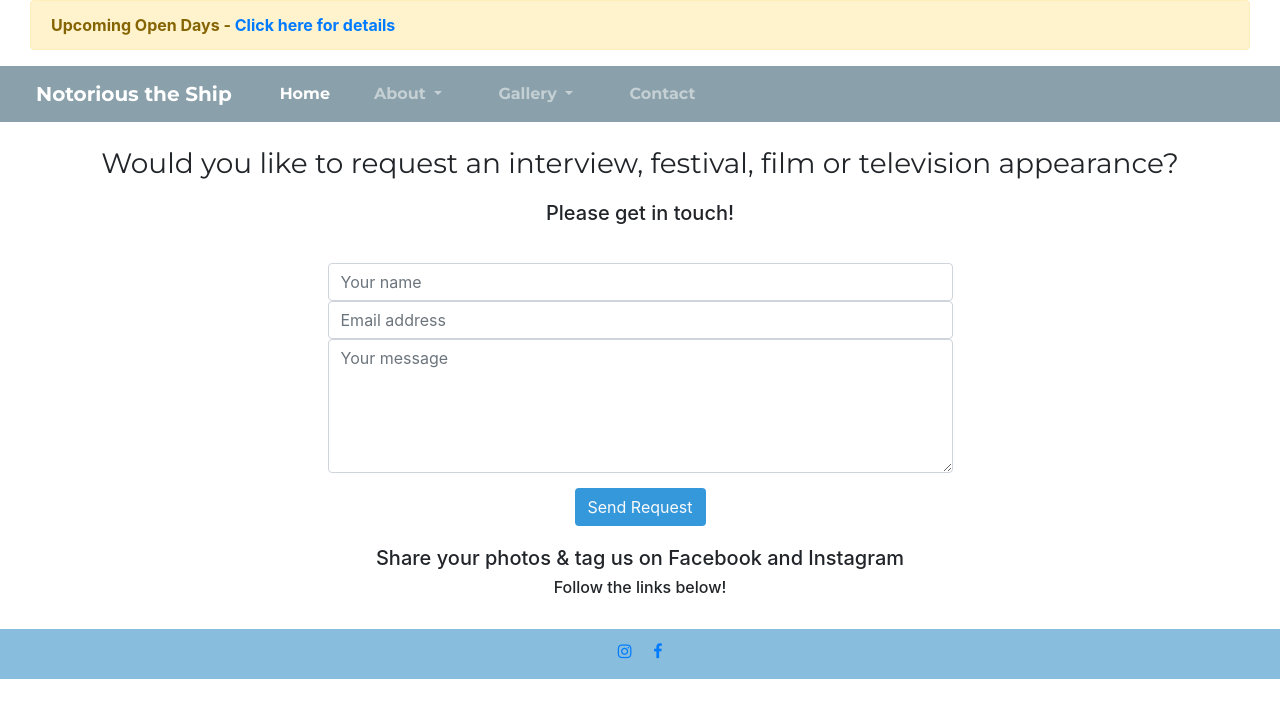
Repository: TSRose/NotorioustheShip
Page: contact.html
The author's editor kept a record of every edit. The page is drawn from the files as they stood at one moment, then again after the next edit.
The browser window is 1280 px wide. The pictures show the whole page.

Above is the page before.

### contact.html
<!DOCTYPE html>
<html lang="en">

<head>
    <meta charset="UTF-8">
    <meta name="viewport" content="width=device-width, initial-scale=1.0">
    <meta http-equiv="X-UA-Compatible" content="ie=edge">
    <link rel="stylesheet" href="https://stackpath.bootstrapcdn.com/bootstrap/4.3.1/css/bootstrap.min.css" type="text/css" />
    <link rel="stylesheet" href="https://stackpath.bootstrapcdn.com/font-awesome/4.7.0/css/font-awesome.min.css">
    <link rel="stylesheet" href="assets/css/style.css" type="text/css">

    <title>Notorious the Ship</title>
</head>

<body>
    <div class="container-fluid navalert-container">
        <div class="container-fluid alert-container">
            <div class="row d-none d-sm-block">
                <div class="col-12">
                    <div class="site-wide-alert alert alert-warning">
                        <strong>Upcoming Open Days - <a class="site-alert-link" href="open.html/">Click here for details</a>
                    </div>
                </div>
            </div>
        </div>
    </div>
    <nav class="navbar navbar-dark navbar-expand-sm">
        <a href="index.html" class="navbar-brand">Notorious the Ship</a>
        <button class="navbar-toggler ml-auto" type="button" data-toggle="collapse" data-target="#navbarNavDropdown" aria-controls="navbarNavDropdown" aria-expanded="false" aria-label="Toggle navigation">
      <span class="navbar-toggler-icon"></span></button>
        <div class="collapse navbar-collapse" id="navbarNavDropdown">
            <ul class="navbar-nav mr-auto">
                <li class="active nav-item mr-2"><a class="nav-link" href="index.html">Home</a></li>
                <li class="nav-item dropdown">
                    <a class="nav-link dropdown-toggle" href="about.html" id="navbarDropdownMenuLink" role="button" data-toggle="dropdown" aria-haspopup="true" aria-expanded="false">
            About
          </a>
                    <div class="dropdown-menu" aria-labelledby="navbarDropdownMenuLink">
                        <a class="dropdown-item" href="#">About Notorious</a>
                        <a class="dropdown-item" href="#">Who built her?</a>
                        <a class="dropdown-item" href="#">A brief history of caravels</a>

                </li>
                <li class="nav-item dropdown">
                    <a class="nav-link dropdown-toggle" href="gallery.html" id="navbarDropdownMenuLink" role="button" data-toggle="dropdown" aria-haspopup="true" aria-expanded="false">
            Gallery
          </a>
                    <div class="dropdown-menu" aria-labelledby="navbarDropdownMenuLink">
                        <a class="dropdown-item" href="#">Sailing</a>
                        <a class="dropdown-item" href="#">Construction & Launch</a>
                        <a class="dropdown-item" href="#">Video</a>
                    </div>
                </li>
                <li class=" nav-item mr-2"><a class="nav-link" href="contact.html">Contact</a></li>
            </ul>
            </div>
    </nav>

    <section class="container-fluid">
        <div class="row bg-color-contact">
            <div class="col">
                <h3 class="contact-heading text-center">
                    Would you like to request an interview, festival, film or television appearance?
                </h3>

                <h5 class="text-center">Please get in touch!</h5>
                <div class="center-form">
                    <form>
                        <input type="text" name="name" id="fullname" class="form-control" placeholder="Your name" required />
                        <input type="email" name="email" id="emailaddress" class="form-control" placeholder="Email address" required />
                        <textarea rows="5" name="websitemessage" id="websitemessage" class="form-control" placeholder="Your message" required /></textarea>
                        <div class="form-row text-center">
                            <div class="col">
                                <button type="submit" class="btn">Send Request</button>
                            </div>
                        </div>
                    </form>
                </div>
                <h5 class="text-center">
                    Share your photos & tag us on Facebook and Instagram</h5>
                    <h6 class="text-center">Follow the links below!</h6>
                    <br>
            </div>
        </div>
    </section>
    <footer class="container-fluid footer">
        <div id="footer-details" class="row">
            <div class="col-12">
                <ul class="list-inline social-links">
                    <li class="list-inline-item">
                        <a target="_blank" href="#">
                        <i class="fa fa-instagram" aria-hidden="true"></i>
                        <span class="sr-only">Instagram</span>
                        </a>
                    </li>
                    <li class="list-inline-item">
                        <a target="_blank" href="www.facebook.com/notorioustheship">
                        <i class="fa fa-facebook" aria-hidden="true"></i>
                        <span class="sr-only">Facebook</span>
                        </a>
                    </li>
                </ul>
            </div>
        </div>
    </footer>
</body>

</html>

### assets/css/style.css
@import url('https://fonts.googleapis.com/css?family=Montserrat:100,200,300,400,500,600,700|Roboto:100,200,300,400,500,600,700');

body {
    margin: 10;
    padding: 0;
}

header {
    margin: 0;
}

footer {
    background-color: #89bddd;
    border-color: #89bddd;
}

/*-------------------------------- navbar */

.navbar-brand {
    font-family: "Montserrat", sans-serif;
    color: #fafafa;
    margin: 0 20px;
}

.nav-item {
    color: #fafafa;
    font-family: "Montserrat", sans-serif;
    margin: 0 20px;
}

.list-inline {
    text-align: center;
}

.navbar {
    color: #aaa;
    background-color: #8aa0aa;
    margin-bottom: 0;
    border: 0;
    width: 100%;
}

.navbar .navbar-toggler {
    border: 0;
}

.navbar-brand {
    font-weight: 700;
}

/*---------------------------------Landing ----*/

.landing-container {
    height: 100VH;
    background: url("../images/notorious_portdouglas_xsm_crop.jpg") no-repeat center center fixed;
    -webkit-background-size: cover;
    -moz-background-size: cover;
    -o-background-size: cover;
    background-size: cover;
    display: flex;
    align-items: center;
    justify-content: center;
    position: relative;
}

.text-uppercase {
    text-transform: uppercase;
}

.landing-subheading {
    padding: 0 0px;
    text-transform: .5em;
    text-align: left;
}

.landing {
  margin: auto;
  width: 50%;
  border: 3px solid green;
  padding: 10px;
}
}

/*--------------------------------Jumbotron*/

.jumbotron-landing {
    background-color: transparent;
    padding-left: 0px;
    padding-top: 30px;
    padding-bottom: 30px;
    color: #fafafa;
}

.jumbotron-header {
    font-weight: bold;
    margin-bottom: 35px;
    margin: 50px;
    text-transform: capitalize;
    padding: 50px;
}

@media (min-width: 576px) {
    .landing-container {
        background: url("../images/notorious_portdouglas_sm_crop.jpg") no-repeat center center fixed;
    }
}

@media (min-width: 768px) {
    .landing-container {
        background: url("../images/notorious_portdouglas_md_crop.jpg") no-repeat center center fixed;
    }
}

@media (min-width: 1030px) {
    .landing-container {
        background: url("../images/notorious_portdouglas.PNG") no-repeat center center fixed;
    }
}


/*--------------------------------------- contact form*/

.contact-heading {
    font-family: "Montserrat", sans-serif;
    font-weight: 200;
    margin-top: 25px;
    margin-bottom: 20px;
}

.center-form {
    padding-top: 10px;
    margin: 0 auto;
    max-width: 70%;
}

button[type="submit"] {
    margin-top: 15px;
    margin-bottom: 20px;
    color: #fafafa;
    background-color: #3498db;
}

.col .btn {
    padding: 0 15;
}

@media(max-width: 991px) {
    .center-form {
        padding-top: 30px;
        min-height: 240px;
        margin: 0 auto;
        max-width: 70%;
    }
}

@media(min-width: 992px) {
    .center-form {
        padding-top: 30px;
        min-height: 240px;
        margin: 0 auto;
        max-width: 50%;
    }
}

@media(min-width: 992px) {
    .contact-heading {
        font-family: "Montserrat", sans-serif;
        font-weight: 400;
        margin-top: 25px;
        margin-bottom: 20px;
    }
}


/*-----------------------------------Buttons*/

.btn--learnmore {
    font-weight: bold;
    border-radius: 23px;
    width: 160px;
}


.btn--learnmore:hover,
.but--learnmore:active,
.btn--learnmore:focus,
.btn--learnmore:active:focus {
    background-color: #dc7606;
    border-color: #dc7606;
}

/*-----------------------------------Footer*/
.social-links {
    padding-top: 10px;
}

.list-inline-item {
    padding-left: 5px;
    padding-right: 5px;
}

After the next edit:
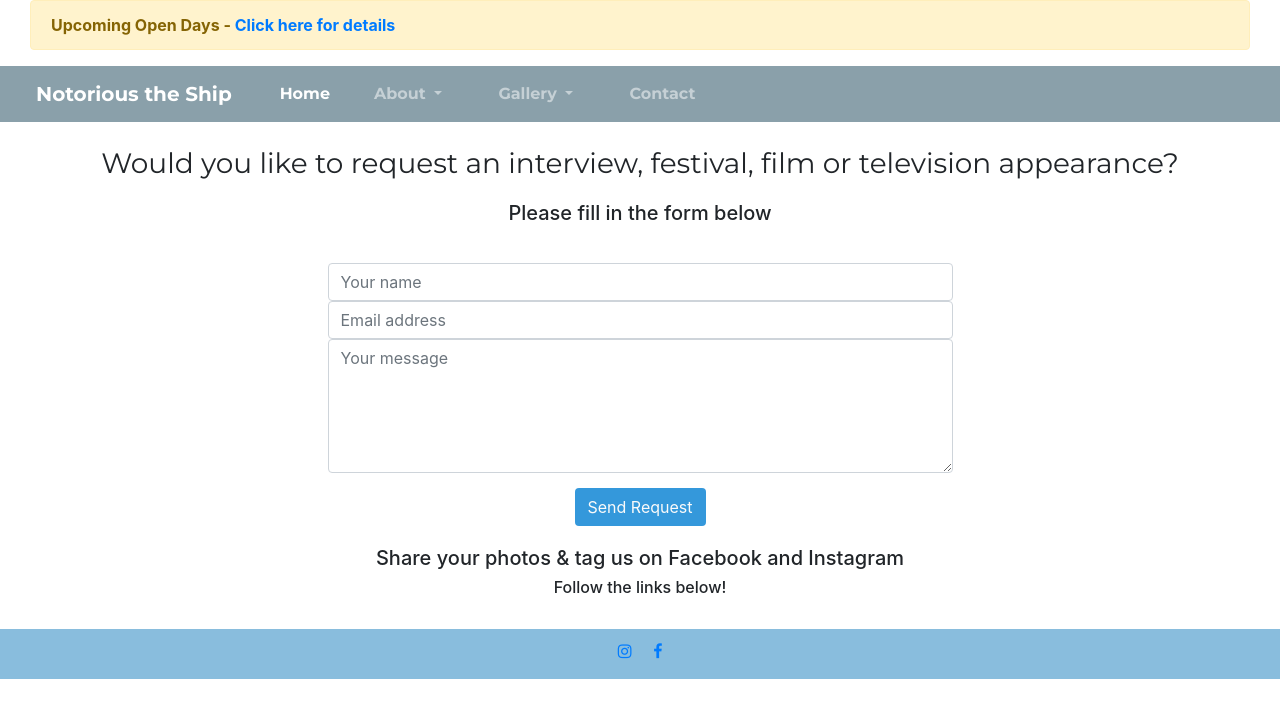
The edit:
--- a/contact.html
+++ b/contact.html
@@ -58,12 +58,9 @@
 
     <section class="container-fluid">
         <div class="row bg-color-contact">
-            <div class="col">
-                <h3 class="contact-heading text-center">
-                    Would you like to request an interview, festival, film or television appearance?
-                </h3>
-
-                <h5 class="text-center">Please get in touch!</h5>
+            <div class="col-12">
+                <h3 class="contact-heading text-center"> Would you like to request an interview, festival, film or television appearance?</h3>
+                <h5 class="text-center">Please fill in the form below </h5>
                 <div class="center-form">
                     <form>
                         <input type="text" name="name" id="fullname" class="form-control" placeholder="Your name" required />
